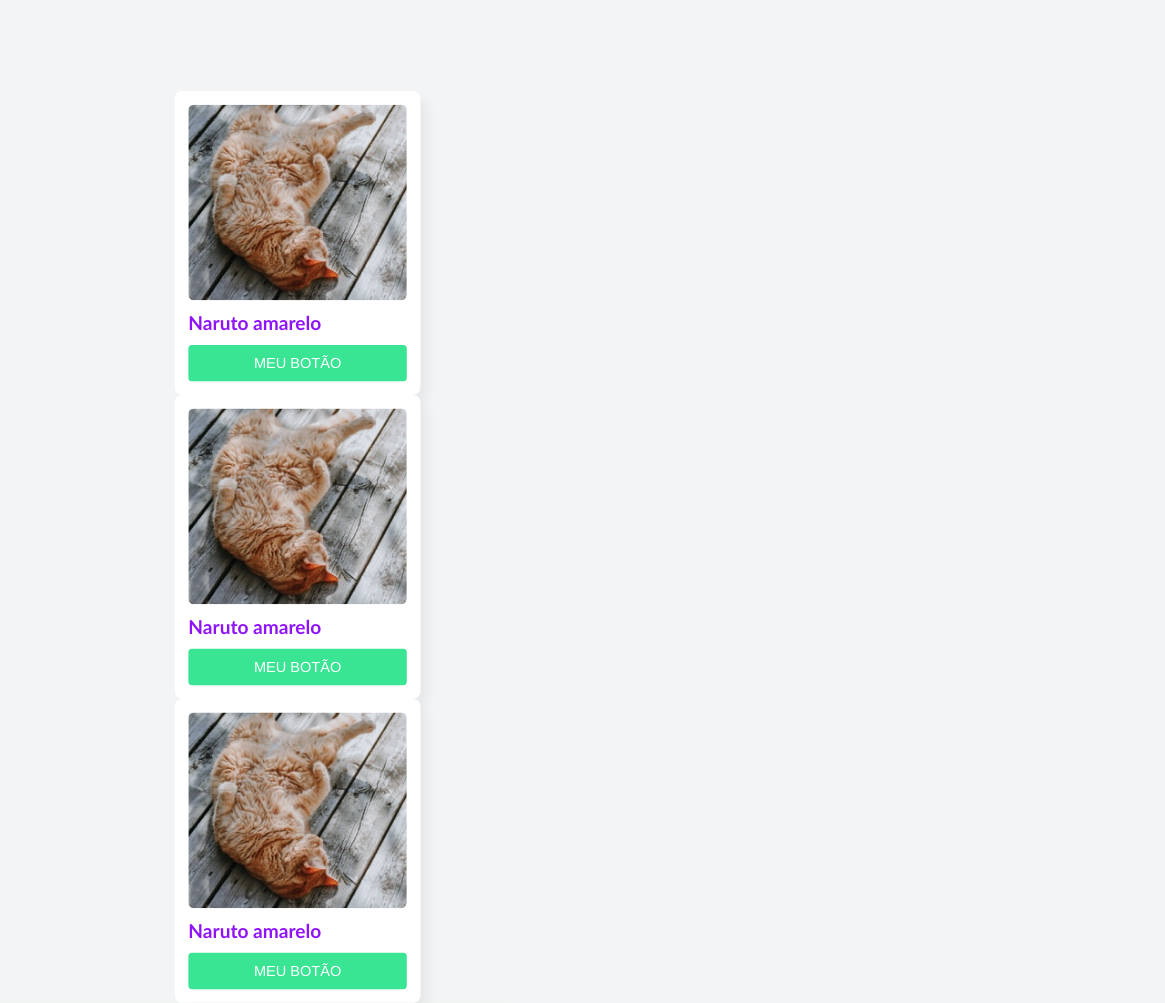
Repository: alessandradiamantino/Curso-Front-End-Design
Page: 1 - Introdução ao HTML e CSS/2 - Exercício CSS/01/codesignerspro-arquivos-exercicio-css-02/codesignerspro-arquivos-exercicio-css-02/index.html
The author's editor kept a copy of each file at every save. The page is drawn from the files as they stood at one save, then again after a run of saves.
The browser window is 1280 px wide. The pictures show the whole page, at 91% of full size.

Above is the page before, as saved 2023-04-22 09:48:35.

### 1 - Introdução ao HTML e CSS/2 - Exercício CSS/01/codesignerspro-arquivos-exercicio-css-02/codesignerspro-arquivos-exercicio-css-02/index.html
<!DOCTYPE html>
<html lang="pt-br">

<head>
  <meta charset="UTF-8">
  <meta name="viewport" content="width=device-width, initial-scale=1.0">
  <meta http-equiv="X-UA-Compatible" content="ie=edge">
  <title>Exercício CSS 02</title>
  <link rel="stylesheet" type="text/css" href="css/style.css" />
</head>

<body>
  <main>
  <div class="card-container">
    <div class="card">
      <img src="images/gato-01.jpg"
        alt="gato deitado"
        title="gatinho"
        class="card-image"
      />
      <div class="card-body">
        <h1>Naruto amarelo</h1>
    </div>
    <div class="card-footer">
     <a href="https://web.whatsapp.com/" class="btn">Meu Botão</a>
    </div>
  </div>
</div>

<div class="card-container">
  <div class="card">
    <img src="images/gato-01.jpg"
      alt="gato deitado"
      title="gatinho"
      class="card-image"
    />
    <div class="card-body">
      <h1>Naruto amarelo</h1>
  </div>
  <div class="card-footer">
   <a href="https://web.whatsapp.com/" class="btn">Meu Botão</a>
  </div>
</div>
</div>

<div class="card-container">
  <div class="card">
    <img src="images/gato-01.jpg"
      alt="gato deitado"
      title="gatinho"
      class="card-image"
    />
    <div class="card-body">
      <h1>Naruto amarelo</h1>
  </div>
  <div class="card-footer">
   <a href="https://web.whatsapp.com/" class="btn">Meu Botão</a>
  </div>
</div>
</div>
  </main>
</body>

</html>

### 1 - Introdução ao HTML e CSS/2 - Exercício CSS/01/codesignerspro-arquivos-exercicio-css-02/codesignerspro-arquivos-exercicio-css-02/css/style.css
body{
  background-color: #f2f4f5;
  margin: 0;
}
main {
  width: 70%;
  display: table;
  margin: 100px auto 0 auto;
}
.card-container {
  width: 270px;
  display: table;
  float: ;
}

.card {
  width: 100%;
  display: table;
  background-color: #fff;
  border-radius: 8px;
  box-shadow: 8px 8px 12px rgba(0, 0, 0, 0.05);
  padding: 15px;
  box-sizing: border-box;
}

.card .card-image {
  width: 100%;
  max-width: 100%;
  height: auto;
  border-radius: 6px;
  display: block;
}

.card .card-body {
  width: 100%;
  display: table;
  margin-top: 13px;
}

.card .card-body h1 {
  font-family:'Gill Sans', 'Gill Sans MT', Calibri, 'Trebuchet MS', sans-serif;
  font-size: 21px;
  font-weight: 800;
  line-height: 24px;
  color: #9013fe;
  margin: 0;
}

.card .card-footer {
  width: 100%;
  display: table;
}

.card .card-footer .btn {
  width: 100%;
}
/* botões */

.btn {
  width: auto;
  height: 40px;
  display: inline-block;
  background-color: #39e493;
  color: #fff;
  font-family:'Franklin Gothic Medium', 'Arial Narrow', Arial, sans-serif;
  font-size: 16px;
  text-transform: uppercase;
  line-height: 40px;
  text-decoration: none;
  text-align: center;
  border-radius: 2px;
  margin-top: 12px;
  padding: 0 30px;
  border-radius: 4px;
  box-sizing: border-box;
}

After the next 2 saves:
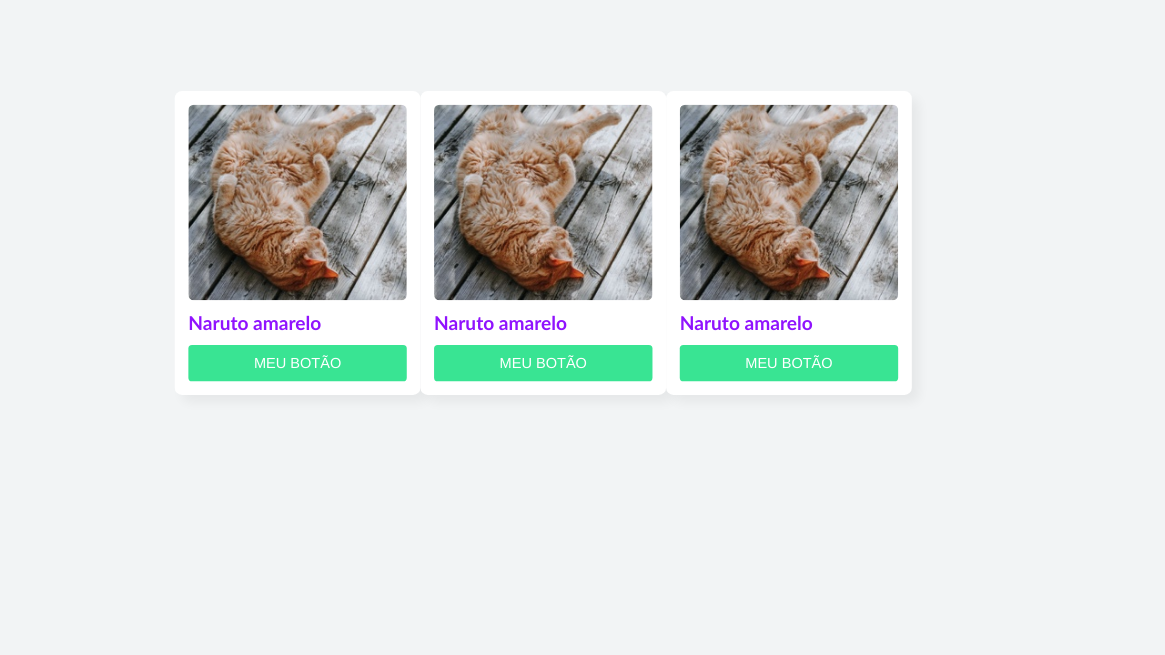
The 2 saves are shown as one change because they came seconds apart.
The last was saved 11 s later.
--- a/1 - Introdução ao HTML e CSS/2 - Exercício CSS/01/codesignerspro-arquivos-exercicio-css-02/codesignerspro-arquivos-exercicio-css-02/css/style.css
+++ b/1 - Introdução ao HTML e CSS/2 - Exercício CSS/01/codesignerspro-arquivos-exercicio-css-02/codesignerspro-arquivos-exercicio-css-02/css/style.css
@@ -10,7 +10,8 @@ main {
 .card-container {
   width: 270px;
   display: table;
-  float: ;
+  float: left;
+  margin-top: ;
 }
 
 .card {
